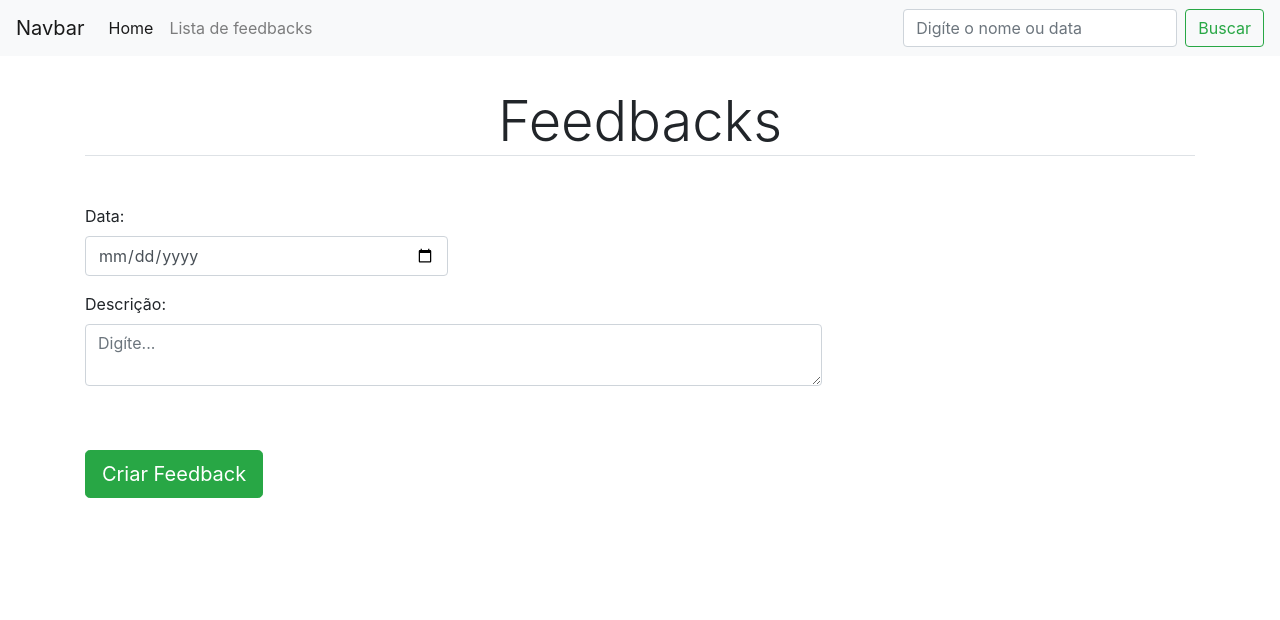
Repository: JulioSantooz/maisViagensSegundaVersao
Page: java-web(eclipse)/java-crud-mais-viagens/src/main/webapp/descricao.html
An editor plug-in stored every save of this project. The page is shown before and after the next save, followed by the edit.
The browser window is 1280 px wide. The pictures show the whole page.
Some web libraries are served in a nearby version.

Above is the page before, as saved 2022-02-06 15:18:33.

### java-web(eclipse)/java-crud-mais-viagens/src/main/webapp/descricao.html
<!DOCTYPE html>
<html>
<head>
<meta charset="ISO-8859-1">
<link rel="stylesheet" href="https://maxcdn.bootstrapcdn.com/bootstrap/4.0.0/css/bootstrap.css">
<title>+Viagens - Feedbacks</title>
</head>
<body>

<nav class="navbar navbar-expand-lg navbar-light bg-light">
  <a class="navbar-brand" href="#">Navbar</a>
  <button class="navbar-toggler" type="button" data-toggle="collapse" data-target="#navbarSupportedContent" aria-controls="navbarSupportedContent" aria-expanded="false" aria-label="Toggle navigation">
    <span class="navbar-toggler-icon"></span>
  </button>

  <div class="collapse navbar-collapse" id="navbarSupportedContent">
    <ul class="navbar-nav mr-auto">
      <li class="nav-item active">
        <a class="nav-link" href="index.html">Home <span class="sr-only">(current)</span></a>
      </li>
      <li class="nav-item">
        <a class="nav-link" href="#">Lista de feedbacks</a>
      </li>
    </ul>
    <form class="form-inline my-2 my-lg-0">
      <input name="pesquisa" class="form-control mr-sm-2" type="search" placeholder="Digíte o nome ou data" aria-label="Search">
      <button class="btn btn-outline-success my-2 my-sm-0" type="submit">Buscar</button>
    </form>
  </div>
</nav>

<main class="container text-center mt-3">
	<div class="row">
		<div class="col-12">
			<h1 class="display-4 my-3 border-bottom">Feedbacks</h1>
			<form action="CreateAndFind" method="POST">
                <div class="form-row mt-5 d-flex flex-column">
                    <div class="form-group col-4">
                        <label for="" class="float-left">Data:</label>
                        <input type="date" class="form-control" id="">
                    </div>
                    <div class="form-group col-8">
                        <label for="" class="float-left">Descrição:</label>
                        <textarea class="form-control" id="" placeholder="Digíte..."></textarea>
                    </div>
                </div>
                <button type="submit" class="btn btn-lg btn-success my-5 float-left">Criar Feedback</button>
            </form>
		</div>
	</div>
</main>


<script src="https://code.jquery.com/jquery-3.2.1.slim.min.js"></script>
<script src="https://cdnjs.cloudflare.com/ajax/libs/popper.js/1.12.9/umd/popper.min.js"></script>
<script src="https://maxcdn.bootstrapcdn.com/bootstrap/4.0.0/js/bootstrap.js"></script>

</body>
</html>

After the next save:
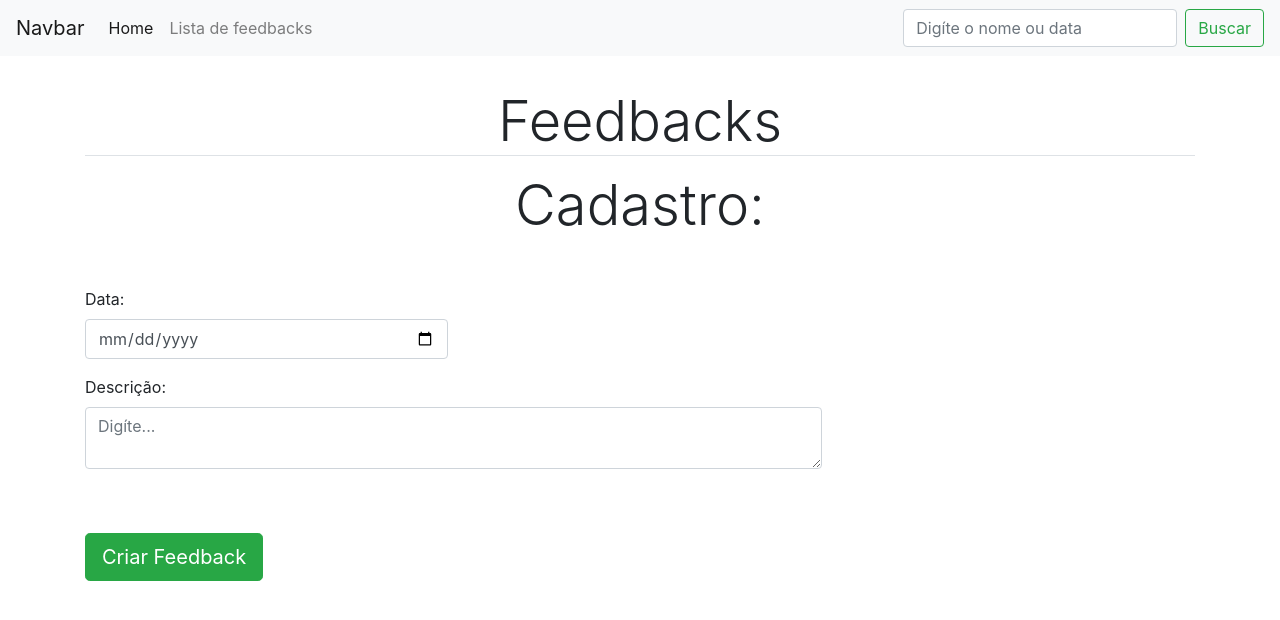
Saved 32 s later.
--- a/java-web(eclipse)/java-crud-mais-viagens/src/main/webapp/descricao.html
+++ b/java-web(eclipse)/java-crud-mais-viagens/src/main/webapp/descricao.html
@@ -33,6 +33,7 @@
 	<div class="row">
 		<div class="col-12">
 			<h1 class="display-4 my-3 border-bottom">Feedbacks</h1>
+			<h1 class="display-4">Cadastro:</h1>
 			<form action="CreateAndFind" method="POST">
                 <div class="form-row mt-5 d-flex flex-column">
                     <div class="form-group col-4">
